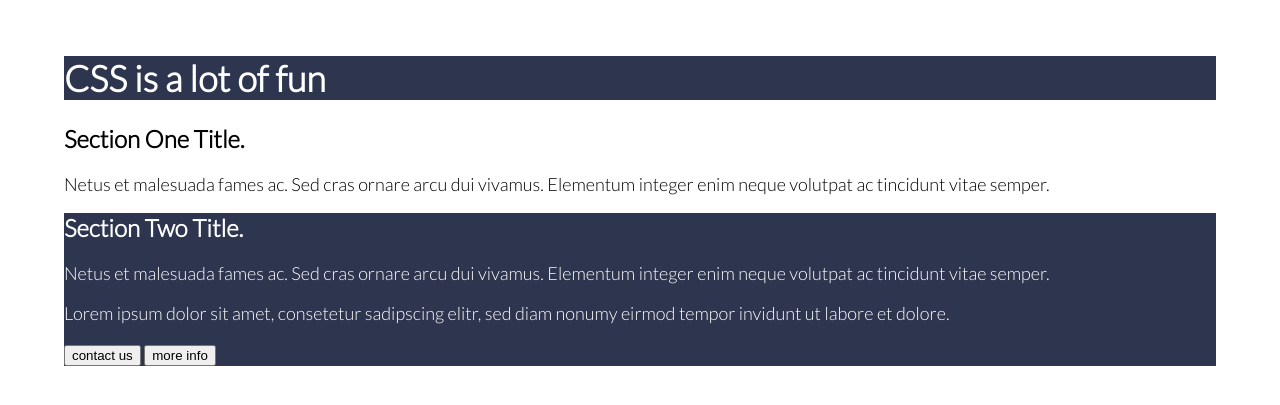
Repository: Doumham-Armah/sample-landing-page
Page: index.html
These files come from the project's save history. The page is drawn as it stood at one moment and after the next save; the edit follows.
The browser window is 1280 px wide. The pictures show the whole page.

Above is the page before, as saved 2021-08-16 12:34:55.

### index.html
<!DOCTYPE html>
<html lang="en">
  <head>
    <meta charset="UTF-8" />
    <meta http-equiv="X-UA-Compatible" content="IE=edge" />
    <meta name="viewport" content="width=device-width, initial-scale=1.0" />
    <title>Document</title>
    <link rel="preconnect" href="https://fonts.googleapis.com" />
    <link rel="preconnect" href="https://fonts.gstatic.com" crossorigin />
    <link
      href="https://fonts.googleapis.com/css2?family=Lato:wght@300&display=swap"
      rel="stylesheet"
    />
    <link href="./style.css" rel="stylesheet" />
  </head>

  <body>
    <header><h1>CSS is a lot of fun</h1></header>

    <section class="section one">
      <h2>Section One Title.</h2>
      <p>
        Netus et malesuada fames ac. Sed cras ornare arcu dui vivamus. Elementum
        integer enim neque volutpat ac tincidunt vitae semper.
      </p>
    </section>

    <section class="section two">
      <h2>Section Two Title.</h2>
      <p>
        Netus et malesuada fames ac. Sed cras ornare arcu dui vivamus. Elementum
        integer enim neque volutpat ac tincidunt vitae semper.
      </p>
      <p>
        Lorem ipsum dolor sit amet, consetetur sadipscing elitr, sed diam nonumy
        eirmod tempor invidunt ut labore et dolore.
      </p>

      <button>contact us</button>
      <button>more info</button>
    </section>
  </body>
</html>

### style.css
body {
  margin: 0;
  font-family: "Lato", sans-serif;
  font-size: 18px;
  padding: 2rem 4rem;
}
header,
.two {
  background-color: #2e354f;
  color: white;
}

h1 {
  font-size: 36px;
}
h2 {
  font-size: 24px;
}
h2,
p {
  margin-top: 0;
}

After the next save:
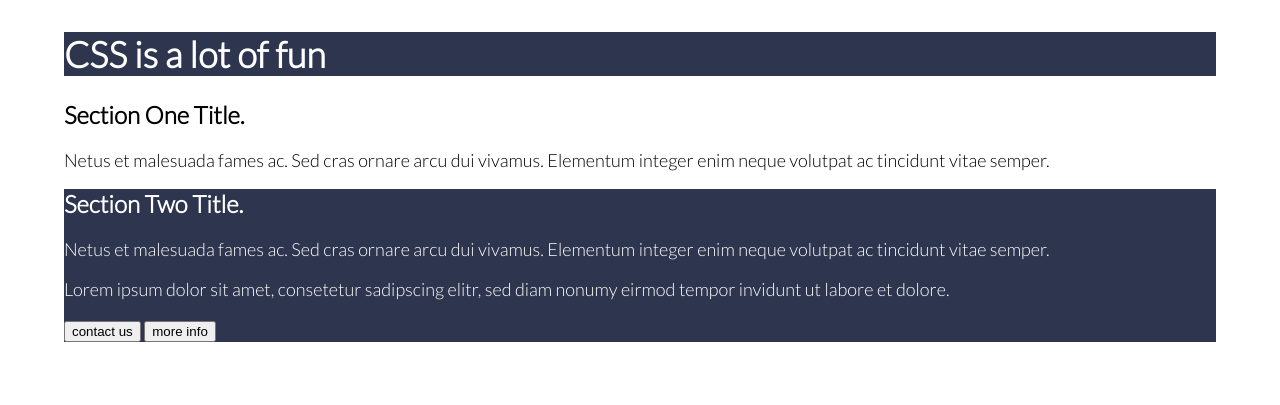
Saved 56 s later.
--- a/style.css
+++ b/style.css
@@ -2,7 +2,7 @@ body {
   margin: 0;
   font-family: "Lato", sans-serif;
   font-size: 18px;
-  padding: 2rem 4rem;
+  margin: 2rem 4rem;
 }
 header,
 .two {
